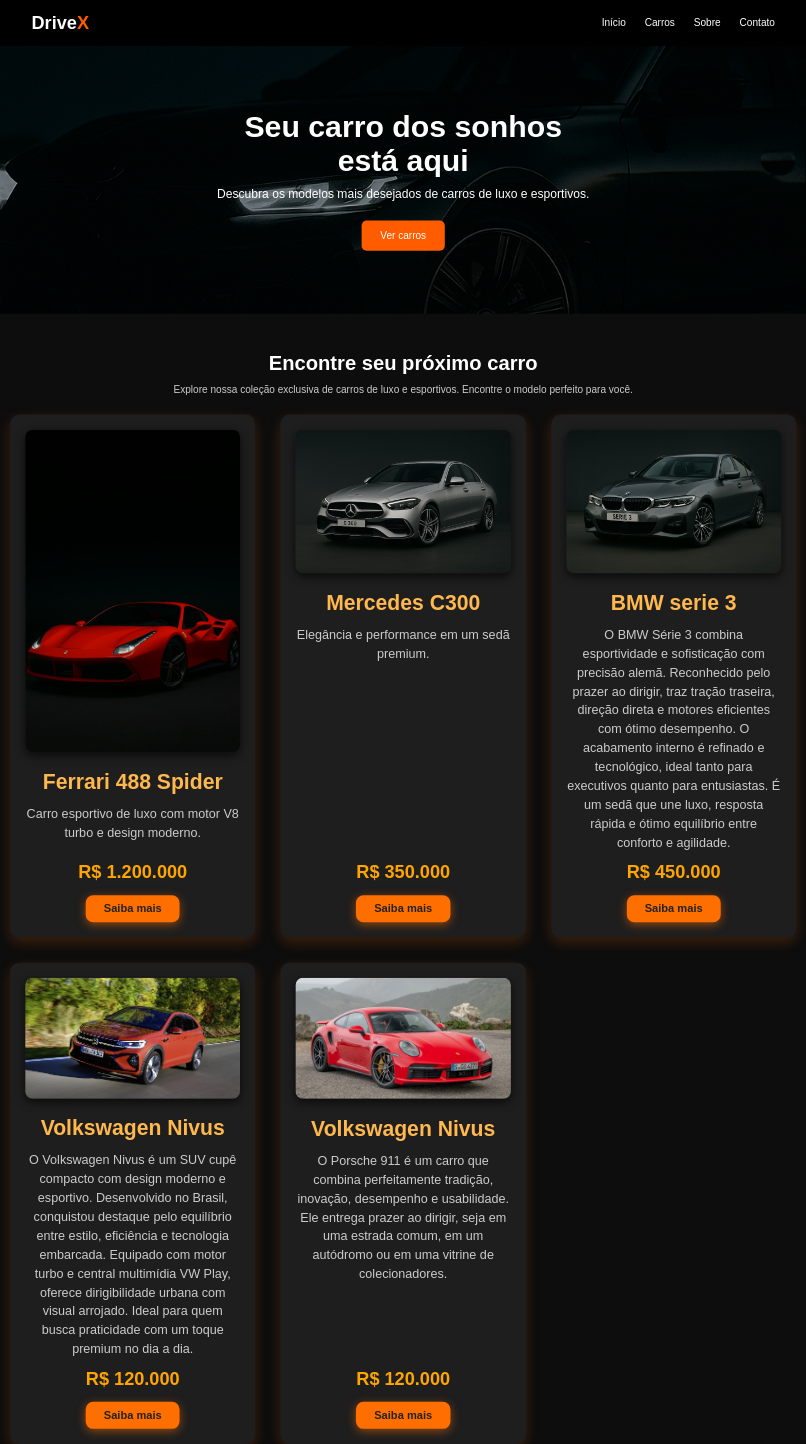
Repository: Mateushlp/DriveX
Page: index.html
An editor plug-in stored every save of this project. The page is shown before and after the next save, followed by the edit.
The browser window is 1280 px wide. The pictures show the whole page, at 63% of full size.

Above is the page before, as saved 2025-06-23 22:15:10.

### index.html
<!DOCTYPE html>
<html lang="pt-br">
<head>
  <meta charset="UTF-8" />
  <meta name="viewport" content="width=device-width, initial-scale=1.0"/>
  <title>DriveX</title>
  <link rel="stylesheet" href="style.css" />
</head>
<body>
  <header>
    <div class="logo">Drive<span>X</span></div>
    <nav>
      <ul>
        <li><a href="#">Início</a></li>
        <li><a href="#">Carros</a></li>
        <li><a href="#">Sobre</a></li>
        <li><a href="#">Contato</a></li>
      </ul>
    </nav>
  </header>

  <section class="hero">
    <div class="hero-content">
      <h1>Seu carro dos sonhos<br>está aqui</h1>
      <p>Descubra os modelos mais desejados de carros de luxo e esportivos.</p>
      <button onclick="scrollToCars()">Ver carros</button>
    </div>
  </section>



  <section class="intro">
    <h2>Encontre seu próximo carro</h2>
    <p>Explore nossa coleção exclusiva de carros de luxo e esportivos. Encontre o modelo perfeito para você.</p>
  </section>




   <div id="modal-detalhes" class="modal">
    <div class="modal-content">
      <span id="fechar-modal" class="fechar">&times;</span>
      <h2 id="titulo-modal"></h2>
      <img id="img-modal" src="" alt="" style="max-width: 100%; border-radius: 10px; margin-bottom: 1rem;" />
      <p id="descricao-modal"></p>
      <strong id="preco-modal"></strong>
    </div>
  </div>



 <div class="grid-carro">
      <div class="card-carro">
        <img src="./img/ferrari.png" alt="Ferrari 488 Spider" />
        <h3>Ferrari 488 Spider</h3>
        <p>Carro esportivo de luxo com motor V8 turbo e design moderno.</p>
        <strong>R$ 1.200.000</strong>
        <button class="btn-detalhes" data-modelo="Ferrari 488 Spider">Saiba mais</button>
      </div>
      <div class="card-carro">
        <img src="./img/ChatGPT Image 19 de jun. de 2025, 23_14_08.png" alt="Mercedes C300" />
        <h3>Mercedes C300</h3>
        <p>Elegância e performance em um sedã premium.</p>
        <strong>R$ 350.000</strong>
        <button class="btn-detalhes" data-modelo="Mercedes C300">Saiba mais</button>
      </div>
      <div class="card-carro">
        <img src="./img/serie 3.png" alt="BMW serie 3" />
        <h3>BMW serie 3</h3>
        <p>O BMW Série 3 combina esportividade e sofisticação com precisão alemã. Reconhecido pelo prazer ao dirigir, traz tração traseira, direção direta e motores eficientes com ótimo desempenho. O acabamento interno é refinado e tecnológico, ideal tanto para executivos quanto para entusiastas. É um sedã que une luxo, resposta rápida e ótimo equilíbrio entre conforto e agilidade.</p>
        <strong>R$ 450.000</strong>
        <button class="btn-detalhes" data-modelo="BMW serie 3">Saiba mais</button>
      </div>
      <div class="card-carro">
        <img src="./img/nivus.jpg" alt="nivus" />
        <h3> Volkswagen Nivus</h3>
        <p>O Volkswagen Nivus é um SUV cupê compacto com design moderno e esportivo. Desenvolvido no Brasil, conquistou destaque pelo equilíbrio entre estilo, eficiência e tecnologia embarcada. Equipado com motor turbo e central multimídia VW Play, oferece dirigibilidade urbana com visual arrojado. Ideal para quem busca praticidade com um toque premium no dia a dia.</p>
        <strong>R$ 120.000</strong>
        <button class="btn-detalhes" data-modelo="nivus">Saiba mais</button>
      </div>
            <div class="card-carro">
        <img src="./img/Porsche-911.jpg" alt="911" />
        <h3> Volkswagen Nivus</h3>
        <p>O Porsche 911 é um carro que combina perfeitamente tradição, inovação, desempenho e usabilidade. Ele entrega prazer ao dirigir, seja em uma estrada comum, em um autódromo ou em uma vitrine de colecionadores.</p>
        <strong>R$ 120.000</strong>
        <button class="btn-detalhes" data-modelo="911">Saiba mais</button>
      </div>
    </div>
  </section>

  <div id="modal-detalhes" class="modal">
    <div class="modal-content">
      <span id="fechar-modal" class="fechar">&times;</span>
      <h2 id="titulo-modal"></h2>
      <img id="img-modal" src="" alt="" style="max-width: 100%; border-radius: 10px; margin-bottom: 1rem;" />
      <p id="descricao-modal"></p>
      <strong id="preco-modal"></strong>
    </div>
  </div>





  <script src="script.js"></script>
</body>
</html>

### style.css
* {
  margin: 0;
  padding: 0;
  box-sizing: border-box;
}

body {
  font-family: 'Arial', sans-serif;
  background-color: #0d0d0d;
  color: #fff;
}

header {
  display: flex;
  justify-content: space-between;
  align-items: center;
  padding: 20px 50px;
  background-color: #000;
}

.logo {
  font-size: 1.8rem;
  font-weight: bold;
}

.logo span {
  color: #ff5c00;
}

.carrosel {
  position: relative;
  max-width: 900px;
  margin: 3rem auto;
  overflow: hidden;
  border-radius: 15px;
  box-shadow: 0 8px 25px rgba(255, 111, 0, 0.3);
  background-color: #222;
}




.slides img {
  width: 100%;
  display: none;
  border-radius: 15px;
  transition: transform 0.5s ease;
}

.slides img.active {
  display: block;
  transform: scale(1.02);
}




nav ul {
  list-style: none;
  display: flex;
  gap: 30px;
}

nav a {
  color: #fff;
  text-decoration: none;
  font-size: 1rem;
}

.hero {
  background-image: url('img/fundo\ carrodo\ sonho.png');
  background-size: cover;
  background-position: center;
  padding: 100px 20px;
  text-align: center;
}

.hero-content h1 {
  font-size: 3rem;
  font-weight: bold;
  margin-bottom: 15px;
}

.hero-content p {
  font-size: 1.2rem;
  margin-bottom: 30px;
}

.hero-content button {
  background-color: #ff5c00;
  border: none;
  padding: 15px 30px;
  font-size: 1rem;
  color: #fff;
  border-radius: 8px;
  cursor: pointer;
}

.intro {
  text-align: center;
  padding: 60px 20px 30px;
}

.intro h2 {
  font-size: 2rem;
  margin-bottom: 15px;
}

.intro p {
  font-size: 1rem;
  color: #ccc;
}

.destaques {
  padding: 40px 20px;
}

.destaques h2 {
  text-align: center;
  font-size: 2rem;
  margin-bottom: 40px;
}

.carros {
  display: flex;
  flex-wrap: wrap;
  gap: 30px;
  justify-content: center;
}

.card {
  background-color: #111;
  border-radius: 10px;
  padding: 20px;
  width: 280px;
  text-align: center;
  box-shadow: 0 0 10px #000;
}

.card img {
  width: 100%;
  padding: 30px;
  height: 180px;
  object-fit: cover;
  border-radius: 10px;
  margin-bottom: 15px;
}

.card h3 {
  font-size: 1.2rem;
  margin-bottom: 10px;
}

.card p {
  font-size: 0.95rem;
  color: #ccc;
  margin-bottom: 10px;
}

.card strong {
  display: block;
  font-size: 1.1rem;
  color: #ff9d00;
  margin-bottom: 15px;
}

.card button {
  background-color: #ff5c00;
  border: none;
  padding: 10px 20px;
  color: #fff;
  border-radius: 8px;
  cursor: pointer;
}





.grid-carro {
  display: grid;
  grid-template-columns: repeat(auto-fill, minmax(320px, 1fr));
  gap: 2.5rem;
  padding: 0 1rem;
}

/* Cards de carro */
.card-carro {
  background: #1e1e1e;
  padding: 1.5rem;
  border-radius: 15px;
  box-shadow: 0 8px 20px rgba(255, 111, 0, 0.2);
  transition: transform 0.3s ease, box-shadow 0.3s ease;
  display: flex;
  flex-direction: column;
  align-items: center;
}

.card-carro:hover {
  transform: translateY(-8px);
  box-shadow: 0 12px 35px rgba(255, 111, 0, 0.5);
}

.card-carro img {
  width: 100%;
  border-radius: 12px;
  margin-bottom: 1.2rem;
  box-shadow: 0 5px 15px rgba(0,0,0,0.7);
}

.card-carro h3 {
  font-size: 2.1rem;
  color: #ffb84d;
  margin-top: 0.6rem;
}

.card-carro p {
  font-size: 1.25rem;
  line-height: 1.5;
  color: #ccc;
  margin-top: 1rem;
  flex-grow: 1;
  text-align: center;
}

.card-carro strong {
  font-size: 1.8rem;
  color: #ffa500;
  margin: 1rem 0 1.2rem 0;
  font-weight: 900;
}

/* Botão Saiba Mais */
.btn-detalhes {
  background-color: #ff6f00;
  color: #222;
  border: none;
  padding: 0.7rem 1.8rem;
  border-radius: 12px;
  cursor: pointer;
  font-weight: 700;
  font-size: 1.1rem;
  transition: background-color 0.3s ease;
  box-shadow: 0 4px 15px rgba(255, 111, 0, 0.5);
}

.btn-detalhes:hover {
  background-color: #ff9100;
  box-shadow: 0 6px 22px rgba(255, 145, 0, 0.8);
}

/* Modal */
.modal {
  display: none;
  position: fixed;
  z-index: 9999;
  left: 0;
  top: 0;
  width: 100%;
  height: 100%;
  background-color: rgba(18, 18, 18, 0.85);
  justify-content: center;
  align-items: center;
  overflow-y: auto;
  padding: 2rem 1rem;
}

.modal-content {
  background: #2a2a2a;
  padding: 2.5rem;
  border-radius: 20px;
  max-width: 600px;
  text-align: center;
  box-shadow: 0 10px 40px rgba(255, 111, 0, 0.7);
  color: #fff;
  position: relative;
}

.fechar {
  position: absolute;
  top: 20px;
  right: 25px;
  font-size: 2.6rem;
  cursor: pointer;
  color: #ff6f00;
  transition: color 0.3s ease;
}

.fechar:hover {
  color: #ffa040;
}

### script.js
function scrollToCars() {
  document.getElementById('carros').scrollIntoView({ behavior: 'smooth' });
}

const modal = document.getElementById("modal-detalhes");
const fecharModal = document.getElementById("fechar-modal");
const tituloModal = document.getElementById("titulo-modal");
const imgModal = document.getElementById("img-modal");
const descricaoModal = document.getElementById("descricao-modal");
const precoModal = document.getElementById("preco-modal");

const carrosDados = {
  "Ferrari 488 Spider": {
    descricao: "A Ferrari 488 Spider combina desempenho excepcional com design italiano sofisticado. Equipada com um motor V8 biturbo de 670 cv, atinge 0 a 100 km/h em apenas 3 segundos. É um conversível que oferece emoção pura e luxo absoluto.",
    preco: "R$ 1.200.000",
    img: "./img/ferrari.png",
  },
  "Mercedes C300": {
    descricao: "Luxo, tecnologia e performance. Motor turbo de 258cv, interior com acabamento premium, painel digital MBUX, assistente de voz e iluminação ambiente. Segurança com frenagem automática e piloto adaptativo.",
    preco: "R$ 350.000",
    img: "./img/ChatGPT Image 19 de jun. de 2025, 23_14_08.png",
  },
  "BMW serie 3": {
    descricao: "Design esportivo e tecnologia de ponta. Motor turbo de 258cv, tração traseira, câmbio automático de 8 marchas e modos de condução inteligentes. Interior refinado com tela curva, assistente pessoal e conectividade total. Dirigibilidade e conforto que definem o segmento premium.",
    preco: "R$ 450.000",
    img: "./img/serie 3.png",
  },

    "nivus": {
    descricao: "O Volkswagen Nivus é um crossover compacto com design coupé, desenvolvido no Brasil e lançado em 2020. Ele se destaca pelo visual moderno e pela tecnologia embarcada, como o painel Active Info Display e a central multimídia VW Play",
    preco: "R$ 120.000",
    img: "./img/nivus.jpg",
  },
      "911": {
    descricao: "O Volkswagen Nivus é um crossover compacto com design coupé, desenvolvido no Brasil e lançado em 2020. Ele se destaca pelo visual moderno e pela tecnologia embarcada, como o painel Active Info Display e a central multimídia VW Play",
    preco: "R$ 120.000",
    img: "./img/Porsche-911.jpg",
  },
  // Pode adicionar mais carros aqui
};

function abrirModal(modelo) {
  const dados = carrosDados[modelo];
  if (dados) {
    tituloModal.textContent = modelo;
    descricaoModal.textContent = dados.descricao;
    precoModal.textContent = dados.preco;
    imgModal.src = dados.img;
    imgModal.alt = modelo;
    modal.classList.add("show");
    modal.style.display = "flex";
    // animação suave
    modal.animate([{ opacity: 0 }, { opacity: 1 }], { duration: 300, fill: "forwards" });
  }
}

function fecharModalFunc() {
  // animação de saída
  const anim = modal.animate([{ opacity: 1 }, { opacity: 0 }], { duration: 300, fill: "forwards" });
  anim.onfinish = () => {
    modal.style.display = "none";
    modal.classList.remove("show");
  };
}

document.querySelectorAll(".btn-detalhes").forEach((button) => {
  button.addEventListener("click", () => {
    abrirModal(button.dataset.modelo);
  });
});

if (fecharModal) {
  fecharModal.addEventListener("click", fecharModalFunc);
}

window.addEventListener("click", (e) => {
  if (e.target === modal) {
    fecharModalFunc();
  }
});

After the next save:
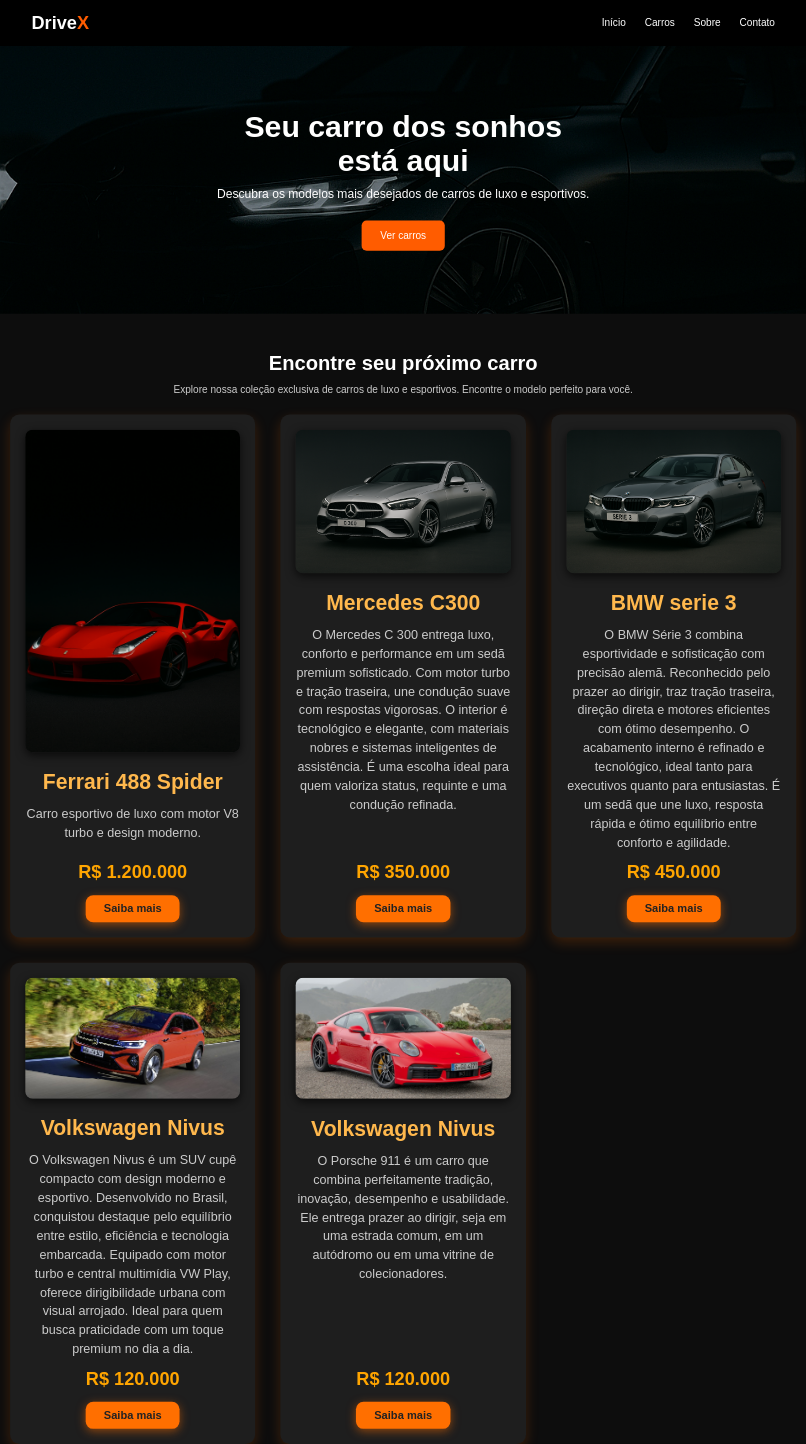
Saved 18 s later.
--- a/index.html
+++ b/index.html
@@ -60,7 +60,9 @@
       <div class="card-carro">
         <img src="./img/ChatGPT Image 19 de jun. de 2025, 23_14_08.png" alt="Mercedes C300" />
         <h3>Mercedes C300</h3>
-        <p>Elegância e performance em um sedã premium.</p>
+        <p>O Mercedes C 300 entrega luxo, conforto e performance em um sedã premium sofisticado. Com motor turbo e tração traseira, une condução suave com respostas vigorosas. O interior é tecnológico e elegante, com materiais nobres e sistemas inteligentes de assistência. É uma escolha ideal para quem valoriza status, requinte e uma condução refinada.
+
+</p>
         <strong>R$ 350.000</strong>
         <button class="btn-detalhes" data-modelo="Mercedes C300">Saiba mais</button>
       </div>
